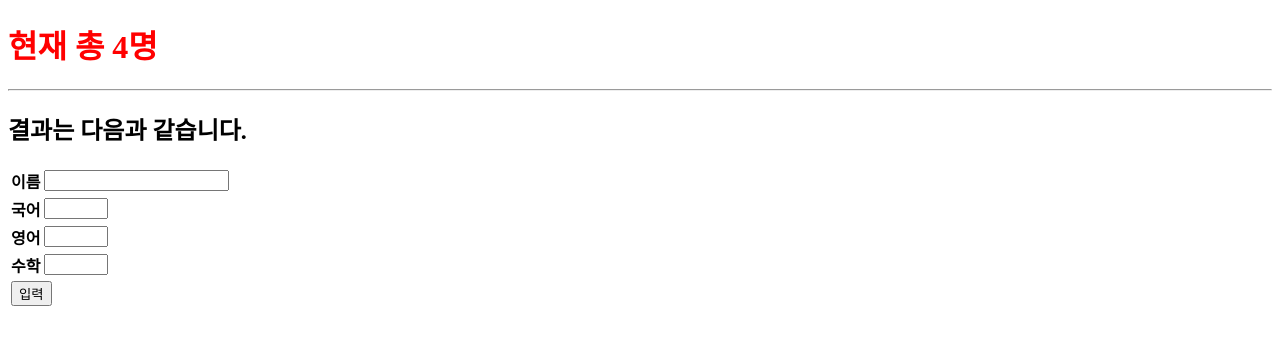
Repository: jim698/Practice
Page: http://localhost/today_test/
The author's editor kept a copy of each file at every save. The page is drawn from the files as they stood at one save, then again after the next save.
The browser window is 1280 px wide. The pictures show the whole page.
The page is served by Tomcat 9. Other server files are loaded and not shown.

Above is the page before, as saved 2020-03-30 06:33:10.

### today_test/src/main/webapp/index.jsp
<%@ page language="java" contentType="text/html; charset=UTF-8"
    pageEncoding="UTF-8"%>
<%@ taglib prefix="c" uri="http://java.sun.com/jsp/jstl/core"  %>
<c:set var="conPath" value="${pageContext.request.contextPath }"/>
<!DOCTYPE html>
<html>
<head>
<meta charset="UTF-8">
<title>Insert title here</title>
<link href="${conPath }/css/style.css" rel="stylesheet">
</head>
<body>
	<jsp:forward page="inputForm.do"></jsp:forward>
</body>
</html>

### today_test/src/main/webapp/WEB-INF/views/inputForm.jsp
<%@ page language="java" contentType="text/html; charset=UTF-8"
	pageEncoding="UTF-8"%>
<%@ taglib prefix="c" uri="http://java.sun.com/jsp/jstl/core"%>
<c:set var="conPath" value="${pageContext.request.contextPath }" />
<!DOCTYPE html>
<html>
<head>
<meta charset="UTF-8">
<title>Insert title here</title>
<link href="${conPath }/css/style.css" rel="stylesheet">
</head>
<body>

	<h1>${msg }</h1>
	<hr>
	<form action="${conPath }/input.do" method="get">
	<h2>결과는 다음과 같습니다.</h2>
		<table>
			<tr>
				<th>이름</th>
				<td><input type="text" name="name" required="required"></td>
			</tr>
			<tr>
				<th>국어</th>
				<td><input type="number" name="kor" min=1 max=100></td>
			</tr>
			<tr>
				<th>영어</th>
				<td><input type="number" name="eng" min=1 max=100></td>
			</tr>
			<tr>
				<th>수학</th>
				<td><input type="number" name="mat" min=1 max=100></td>
			</tr>
			<tr>
				<td colspan="2"><input type="submit" value="입력"></td>
			</tr>
		</table>
	</form>
</body>
</html>

### today_test/src/main/webapp/css/style.css
@charset "UTF-8";
h1{
	color:red;
}

After the next save:
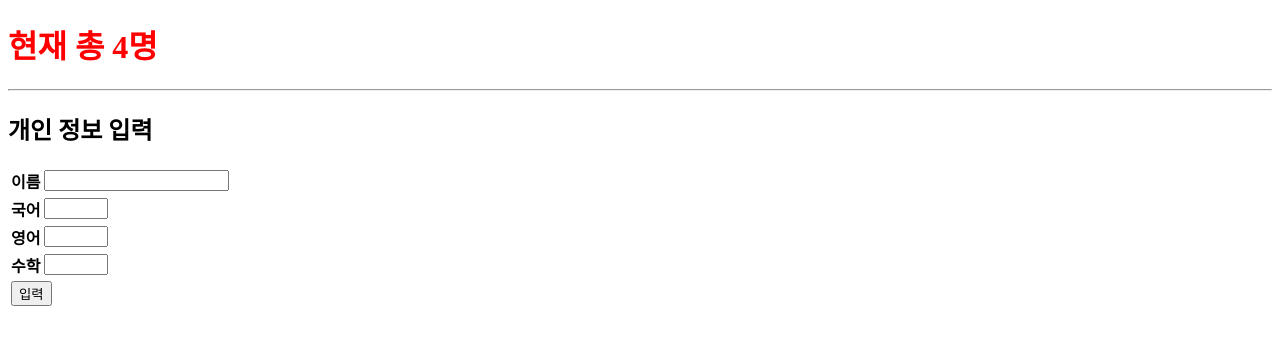
Saved 11 s later.
--- a/today_test/src/main/webapp/WEB-INF/views/inputForm.jsp
+++ b/today_test/src/main/webapp/WEB-INF/views/inputForm.jsp
@@ -14,7 +14,7 @@
 	<h1>${msg }</h1>
 	<hr>
 	<form action="${conPath }/input.do" method="get">
-	<h2>결과는 다음과 같습니다.</h2>
+	<h2>개인 정보 입력</h2>
 		<table>
 			<tr>
 				<th>이름</th>
